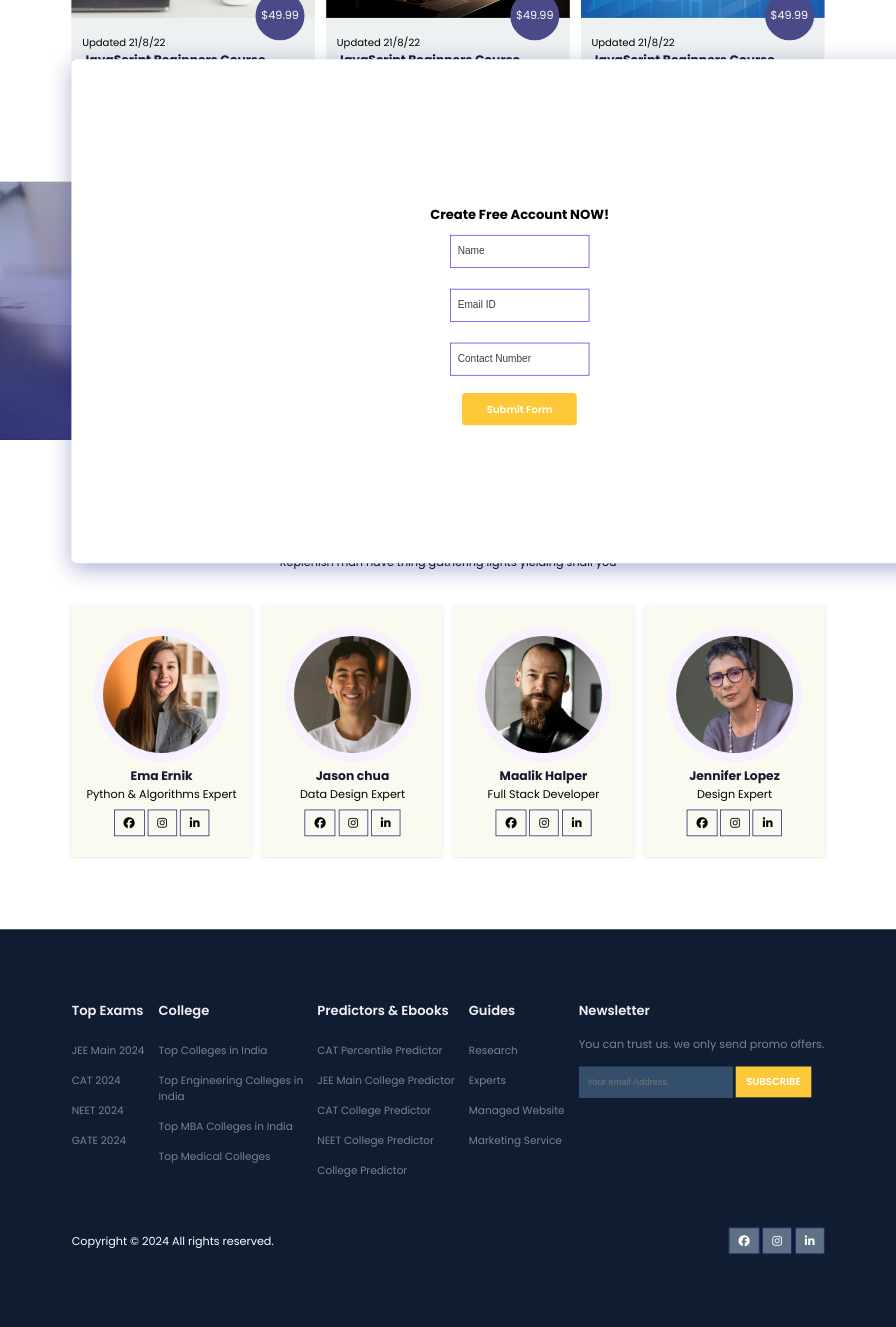
Repository: NamanSahu09/VidyaPreet-Ed-Tech-Website
Page: index.html
These files come from the project's save history. The page is drawn as it stood at one moment and after a run of saves; the edit follows.
The browser window is 1280 px wide. The pictures show the part of the page from y = 1831 to 3751 px (the page is 3726 px tall before and 3751 px after), at 70% of full size.
Some web libraries are served in a nearby version.

Above is the page before, as saved 2024-04-11 15:58:18.

### index.html
<!DOCTYPE html>
<html lang="en">
<head>
	<meta charset="UTF-8">
	<meta name="viewport" content="width=device-width, initial-scale=1.0">
	<title>VidyaPeeth</title>

	<!-- font Awesome CDN link -->
	<link rel="stylesheet" href="https://cdnjs.cloudflare.com/ajax/libs/font-awesome/6.1.1/css/all.min.css" />

	<!-- External CSS -->
	<link rel="stylesheet" href="style.css">

	<!-- JQuery CDN link -->
	<script src="https://code.jquery.com/jquery-3.6.0.min.js" integrity="sha256-/xUj+3OJU5yExlq6GSYGSHk7tPXikynS7ogEvDej/m4=" crossorigin="anonymous"></script>


	<!-- Awesome Font -->
	<script src="https://kit.fontawesome.com/fec0f6ecb6.js" crossorigin="anonymous"></script>







</head>
<body>
	<!-- Navigation start -->
	<nav>
		<img src="img/Vidya peeth.png" class="logo" alt="" height="70px"  width="250px"/>

		<div class="navigation">
			<ul>
				<i id="menu-close" class="fas fa-times"></i>
				<li><a href="index.html" class="active">Home</a></li>
				<li><a href="about.html">About Us</a></li>
				<li><a href="blog.html">Blog</a></li>
				<!-- <li><a href="courses.html">Courses</a></li> -->
				<li><a href="contact.html">Contact</a></li>
				<li><a href="#">
					<i class="far fa-user"></i>
					</a>
				</li>


			</ul>

			<img src="img/menu.png" id="menu-btn" alt="">
		</div>
	</nav>
	<!-- Navigation ends -->



  <!-- login sign-up-form -->

  <div class="form">
    <!-- login -->
    <div class="login-form">

      <!-- cancel-btn -->

      <a href="#" class="form-cancel">
        <i class="fas fa-times"></i>
      </a>


      <strong>Log In</strong>
      <!-- inputs -->
      <form >
        <input type="email" placeholder="Example@gmail.com" name="email" required>
        <input type="password" placeholder="Password" name="password" required>
        <!-- submit-btn -->
        <input type="submit" value="Log In">
      </form>

      <!-- Forget-and-signup -->
      <div class="form-btns">
          <a href="#" class="forget">Forget Your Password?</a>
          <a href="#" class="sign-up-btn">Create Account</a>
    </div>

    </div>




     <!-- Sign Up -->
     <div class="sign-up-form">

      <!-- cancel-btn -->

      <a href="#" class="form-cancel">
        <i class="fas fa-times"></i>
      </a>


      <strong>Sign In</strong>
      <!-- inputs -->
      <form >
        <input type="text" placeholder="Full Name" name="fullname" required>
        <input type="email" placeholder="Example@gmail.com" name="email" required>
        <input type="password" placeholder="Password" name="password" required>
        <!-- submit-btn -->
        <input type="submit" value="Sign Up">
      </form>

      <!-- Forget-and-signup -->
      <div class="form-btns">
          <a href="#" class="already-acount">Already have Account?</a>
    </div>

    </div>

  </div>


















	<!-- Hero section starts from here -->
	<section id="home">
			<div class="search-box">
				<div class="row">
					<input type="text" id="input-box" placeholder="Search Colleges" autocomplete="off">
					<button class="search"><i class="fa-solid fa-magnifying-glass"></i></button>
				</div>
				<div class="result-box">

				</div>
			</div>



		<h2>
			Enhance Your Future With VidyaPeeth
		</h2>
		<p>
			Lorem ipsum dolor sit amet consectetur adipisicing elit. Reiciendis, ipsum laboriosam architecto tempora explicabo ratione pariatur accusantium consequatur sed odit?
		</p>
		<div class="btn">
			<a href="#" class="blue">Learn More</a>
			<a href="#" class="yellow">Visit Courses</a>
		</div>
	</section>
	<!-- Hero section ends from here -->


	<!-- Features section starts from here -->
	<section id="features">
		<h1>A Career is a life</h1>
		<p> <b align="center"> <font size="4.5"> Counselling</b></font><br>
			We ease your biggest doubts with personalized Video Counselling from our
			Curated Experts and Answers from the student community

		</p>

		<div class="fea-base">
			<div class="fea-box">
				<i class="fas fa-graduation-cap"></i>
				<h3>Scholarship Facility</h3>
				<p>
					One make creepeth, man bearing theira firmament won't great heaven
				</p>
			</div>

			<div class="fea-box">
				<i class="fa-solid fa-book-bookmark"></i>
				<h3>Dell Online Course</h3>
				<p>
					One make creepeth, man bearing theira firmament won't great heaven
				</p>
			</div>

			<div class="fea-box">
				<i class="fas fa-award"></i>
				<h3>Global Certification</h3>
				<p>
					One make creepeth, man bearing theira firmament won't great heaven
				</p>
			</div>
		</div>
	</section>
	<!-- Features section ends from here -->








	<!-- Courses section starts from here -->
	<section id="course">
		<h1>Our Popular Colleges</h1>
		<p>Replenish man have thing gathering lights yielding shall you</p>

		<div class="course-box">
			<div class="courses">
				<img src="Colleges/soa.jpg" alt="">
				<div class="details">
					<span>Updated 21/8/22</span>
					<h6>SOA University</h6>

					<div class="star">
						<i class="fa-solid fa-star"></i>
						<i class="fa-solid fa-star"></i>
						<i class="fa-solid fa-star"></i>
						<i class="fa-solid fa-star"></i>


						<span>(239)</span>
					</div>
					<button onclick="location.href='https://www.soa.ac.in/'" class="apply-btn"> Visit Now </button>
				</div>
				<div class="cost">14 Lakhs</div>
			</div>

			<div class="courses">
				<img src="Colleges/kiit-uni.jpg" alt="">
				<div class="details">
					<span>Updated 21/8/22</span>
					<h6>KIIT University</h6>

					<div class="star">
						<i class="fa-solid fa-star"></i>
						<i class="fa-solid fa-star"></i>
						<i class="fa-solid fa-star"></i>
						<i class="fa-solid fa-star"></i>
						<i class="fa-solid fa-star"></i>

						<span>(1200)</span>
					</div>
					<button onclick="location.href='https://kiit.ac.in/'" class="apply-btn"> Visit Now </button>
				</div>
				<div class="cost">18 Lakhs</div>


			</div>

			<div class="courses">
				<img src="img/c3.jpg" alt="">
				<div class="details">
					<span>Updated 21/8/22</span>
					<h6>JavaScript Beginners Course</h6>

					<div class="star">
						<i class="fa-solid fa-star"></i>
						<i class="fa-solid fa-star"></i>
						<i class="fa-solid fa-star"></i>
						<i class="fa-solid fa-star"></i>
						<i class="fa-solid fa-star"></i>

						<span>(239)</span>
					</div>
				</div>
				<div class="cost">$49.99</div>
			</div>

			<div class="courses">
				<img src="img/c4.jpg" alt="">
				<div class="details">
					<span>Updated 21/8/22</span>
					<h6>JavaScript Beginners Course</h6>

					<div class="star">
						<i class="fa-solid fa-star"></i>
						<i class="fa-solid fa-star"></i>
						<i class="fa-solid fa-star"></i>
						<i class="fa-solid fa-star"></i>
						<i class="fa-solid fa-star"></i>

						<span>(239)</span>
					</div>
				</div>
				<div class="cost">$49.99</div>
			</div>

			<div class="courses">
				<img src="img/c5.jpg" alt="">
				<div class="details">
					<span>Updated 21/8/22</span>
					<h6>JavaScript Beginners Course</h6>

					<div class="star">
						<i class="fa-solid fa-star"></i>
						<i class="fa-solid fa-star"></i>
						<i class="fa-solid fa-star"></i>
						<i class="fa-solid fa-star"></i>
						<i class="fa-solid fa-star"></i>

						<span>(239)</span>
					</div>
				</div>
				<div class="cost">$49.99</div>
			</div>

			<div class="courses">
				<img src="img/c6.jpg" alt="">
				<div class="details">
					<span>Updated 21/8/22</span>
					<h6>JavaScript Beginners Course</h6>

					<div class="star">
						<i class="fa-solid fa-star"></i>
						<i class="fa-solid fa-star"></i>
						<i class="fa-solid fa-star"></i>
						<i class="fa-solid fa-star"></i>
						<i class="fa-solid fa-star"></i>

						<span>(239)</span>
					</div>
				</div>
				<div class="cost">$49.99</div>
			</div>
		</div>
	</section>
	<!-- Courses section ends from here -->


	<!-- Registration section starts from here -->
	<section id="registration">
		<div class="reminder">
			<p>Get 100 Online Courses for Free</p>
			<h1>Registration To Get It</h1>

			<div class="time">
				<div class="date">18 <br> Days</div>
				<div class="date">23 <br> Hours</div>
				<div class="date">06 <br> Minutes</div>
				<div class="date">58 <br> Seconds</div>
			</div>
		</div>

		<div class="form">
			<h3>Create Free Account NOW!</h3>

			<input type="text" placeholder="Name" name="" id="">
			<input type="email" placeholder="Email ID" name="" id="">
			<input type="text" placeholder="Contact Number" name="" id="">

			<div class="btn">
				<a href="#" class="yellow">Submit Form</a>
			</div>
		</div>
	</section>
	<!-- Registration section ends from here -->


	<!-- Experts section starts from here -->
	<section id="experts">
		<h1>Community Experts</h1>
		<p>Replenish man have thing gathering lights yielding shall you</p>
		<div class="expert-box">
			<div class="profile">
				<img src="img/pro1.webp" alt="">
				<h6>Ema Ernik</h6>
				<p>Python & Algorithms Expert</p>
				<div class="pro-links">
					<i class="fab fa-facebook"></i>
					<i class="fab fa-instagram"></i>
					<i class="fab fa-linkedin-in"></i>
				</div>
			</div>

			<div class="profile">
				<img src="img/pro2.webp" alt="">
				<h6>Jason chua</h6>
				<p>Data Design Expert</p>
				<div class="pro-links">
					<i class="fab fa-facebook"></i>
					<i class="fab fa-instagram"></i>
					<i class="fab fa-linkedin-in"></i>
				</div>
			</div>

			<div class="profile">
				<img src="img/pro3.webp" alt="">
				<h6>Maalik Halper</h6>
				<p>Full Stack Developer</p>
				<div class="pro-links">
					<i class="fab fa-facebook"></i>
					<i class="fab fa-instagram"></i>
					<i class="fab fa-linkedin-in"></i>
				</div>
			</div>

			<div class="profile">
				<img src="img/pro4.webp" alt="">
				<h6>Jennifer Lopez</h6>
				<p>Design Expert</p>
				<div class="pro-links">
					<i class="fab fa-facebook"></i>
					<i class="fab fa-instagram"></i>
					<i class="fab fa-linkedin-in"></i>
				</div>
			</div>
		</div>
	</section>
	<!-- Experts section ends from here -->

	<!-- Footer section starts from here -->
	<footer>
		<div class="footer-col">
			<h3>Top Exams</h3>
			<li>JEE Main 2024</li>
			<li>CAT 2024</li>
			<li>NEET 2024</li>
			<li>GATE 2024</li>

		</div>

		<div class="footer-col">
			<h3>College</h3>
			<li>Top Colleges in India</li>
			<li>Top Engineering Colleges in <br>India</li>
			<li>Top MBA Colleges in India</li>
			<li>Top Medical Colleges</li>
		</div>

		<div class="footer-col">
			<h3>Predictors & Ebooks</h3>
			<li>CAT Percentile Predictor</li>
			<li>JEE Main College Predictor</li>
			<li>CAT College Predictor</li>
			<li>NEET College Predictor</li>
			<li>College Predictor</li>
		</div>

		<div class="footer-col">
			<h3>Guides</h3>
			<li>Research</li>
			<li>Experts</li>
			<li>Managed Website</li>
			<li>Marketing Service</li>
		</div>

		<div class="footer-col">
			<h3>Newsletter</h3>
			<p>You can trust us. we only send promo offers.</p>

			<div class="subscribe">
				<input type="email" placeholder="Your email Address">
				<a href="#" class="yellow">SUBSCRIBE</a>
			</div>
		</div>

		<div class="copyright">
			<p align="center">
				Copyright &copy; 2024 All rights reserved.
			</p>
			<div class="pro-links">
				<i class="fab fa-facebook"></i>
				<i class="fab fa-instagram"></i>
				<i class="fab fa-linkedin-in"></i>
			</div>
		</div>
	</footer>
	<!-- Footer section ends from here -->

	<script>
		// Show menu links on burger click
		$('#menu-btn').click(function(){
			$('nav .navigation ul').addClass('active')
		});

		// Hide navbar on click function
		$('#menu-close').click(function(){
			$('nav .navigation ul').removeClass('active')
		});

 /*---For Login and Sign-up----------------------------*/

 $(document).on('click', '.far.fa-user', function(){
    $('.form').addClass('login-active').removeClass('sign-up-active');
});

$(document).on('click', '.sign-up-btn', function(){
    $('.form').removeClass('login-active').addClass('sign-up-active');
});

$(document).on('click', '.form-cancel', function(){
    $('.form').removeClass('login-active').removeClass('sign-up-active');
});

$(document).on('click', '.already-acount', function(){
    $('.form').addClass('login-active').removeClass('sign-up-active');
});


	</script>

<script src="autocomplete.js"></script>





</body>
</html>

Loaded but not shown: autocomplete.js (44 lines, source omitted); style.css (903 lines, source omitted)

After the next 3 saves:
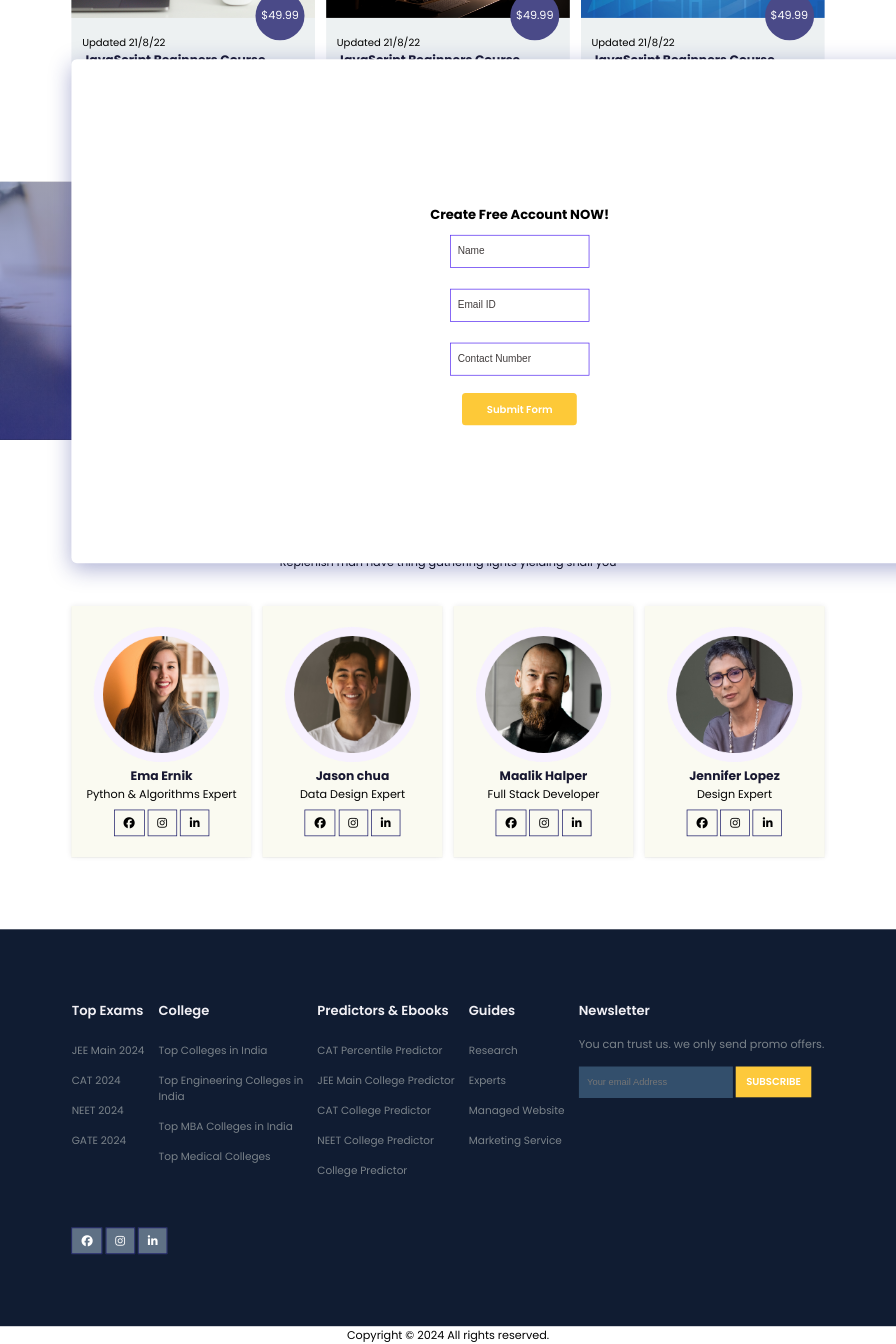
The 3 saves are shown as one change because they came seconds apart.
The last was saved 18 s later.
--- a/index.html
+++ b/index.html
@@ -460,9 +460,7 @@
 		</div>
 
 		<div class="copyright">
-			<p align="center">
-				Copyright &copy; 2024 All rights reserved.
-			</p>
+
 			<div class="pro-links">
 				<i class="fab fa-facebook"></i>
 				<i class="fab fa-instagram"></i>
@@ -471,6 +469,12 @@
 		</div>
 	</footer>
 	<!-- Footer section ends from here -->
+
+
+
+	<p align="center">
+		Copyright &copy; 2024 All rights reserved.
+	</p>
 
 	<script>
 		// Show menu links on burger click
